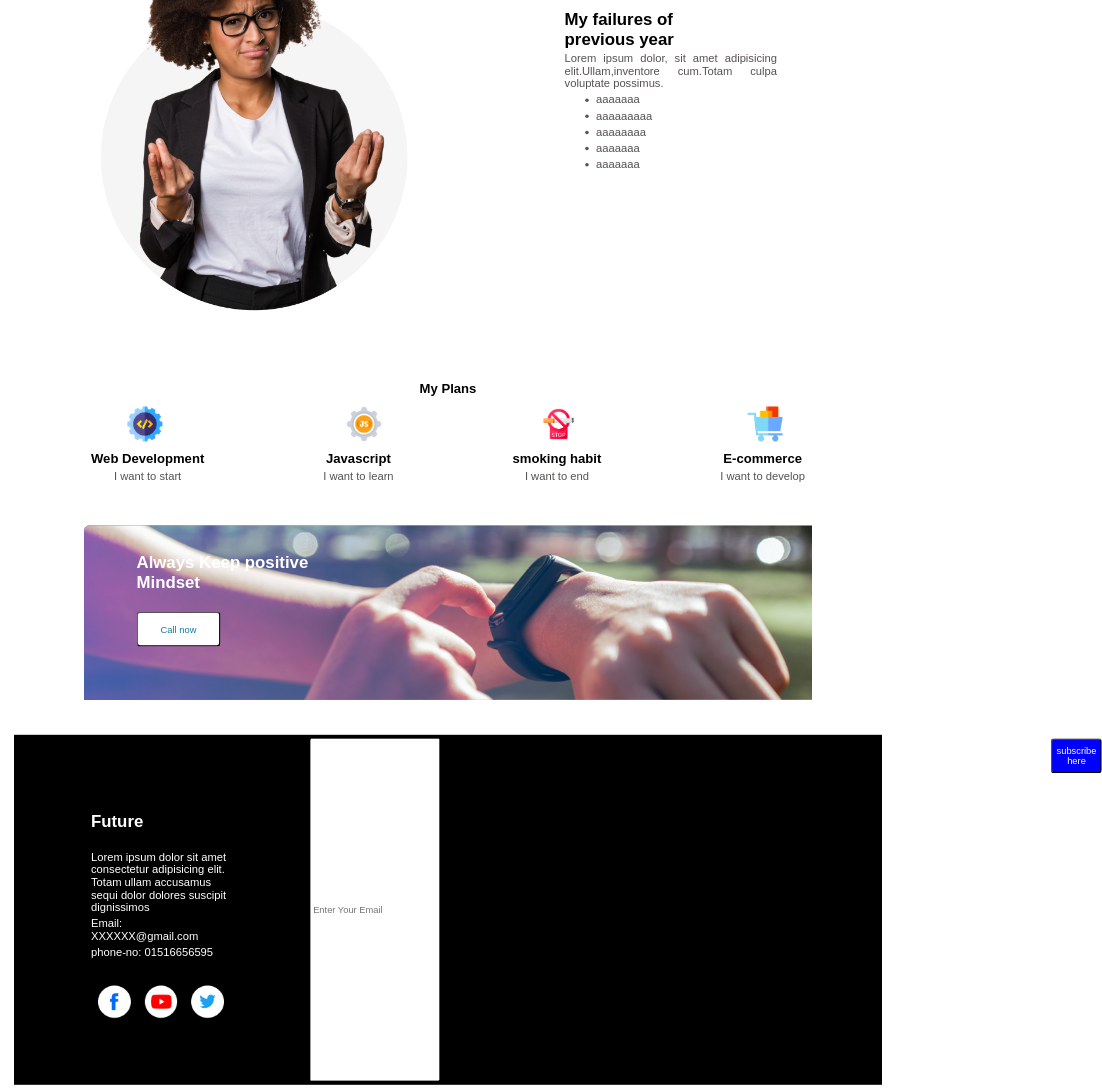
Repository: sadiaafsana138/All-Thinks-Are-Possible-Website
Page: index.html
The author's editor kept a copy of each file at every save. The page is drawn from the files as they stood at one save, then again after the next save.
The browser window is 1280 px wide. The page is 1574 px wide, then 1344 px, so the pictures cover 1574 px, including what lies to the right of the window. The pictures show the part of the page from y = 984 to 2544 px (the page is 2544 px tall), at 70% of full size.

Above is the page before, as saved 2023-01-08 14:33:24.

After the next save:
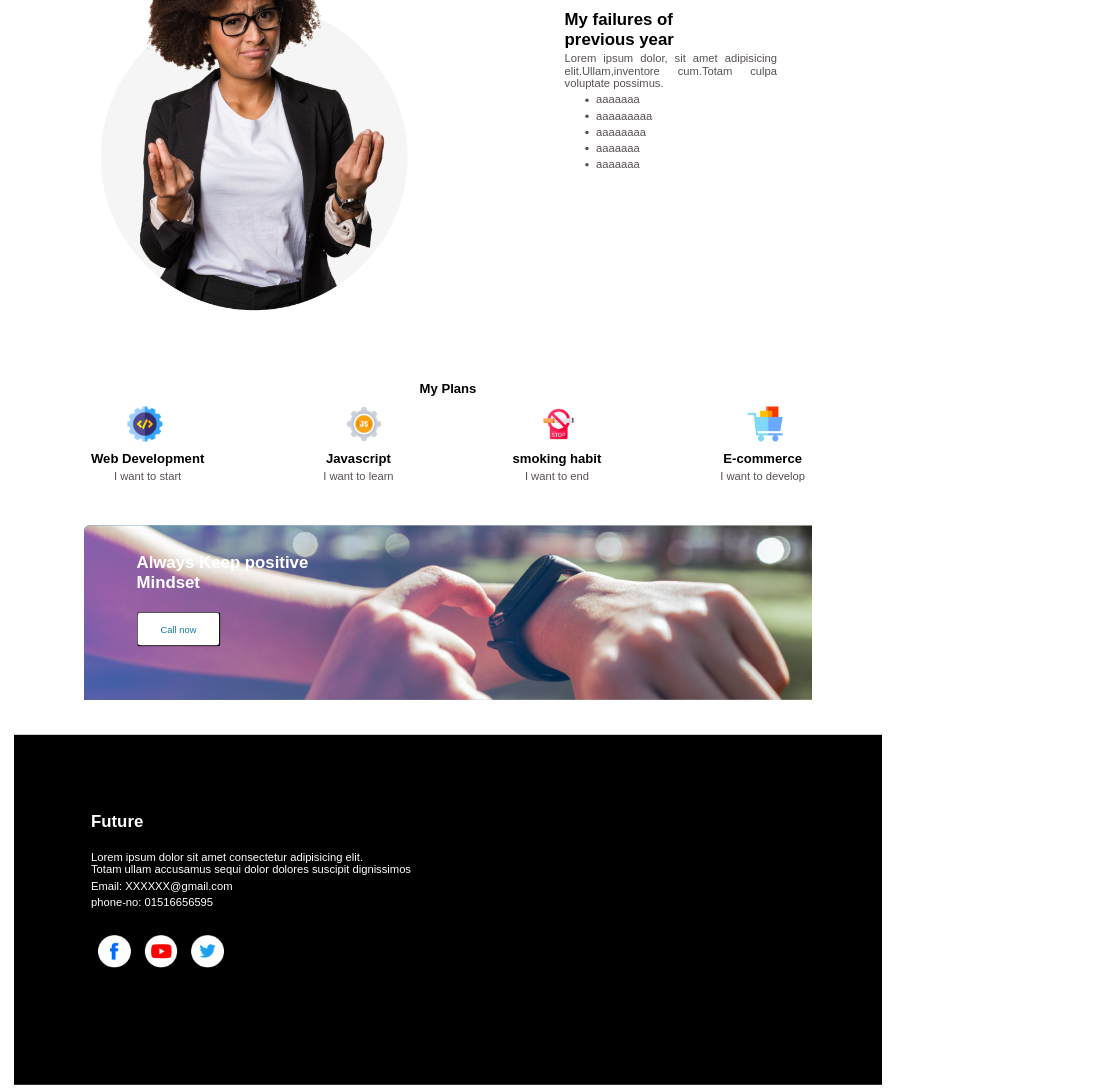
Saved 28 s later.
--- a/index.html
+++ b/index.html
@@ -104,12 +104,7 @@
                     <li><img src="images/icons/youtube.png" alt=""></li>
                     <li><img src="images/icons/twitter.png" alt=""></li>
                 </ul>
-            </div id="footerdetails2">
-            <h3 id="subscribe">subscribe</h3><br>
-            <input id="inp" type="email" placeholder="Enter Your Email">
-            <br>
-            <button id="button3">subscribe here</button>
-            </div>
+
         </Section>
     </footer>
 </body>
